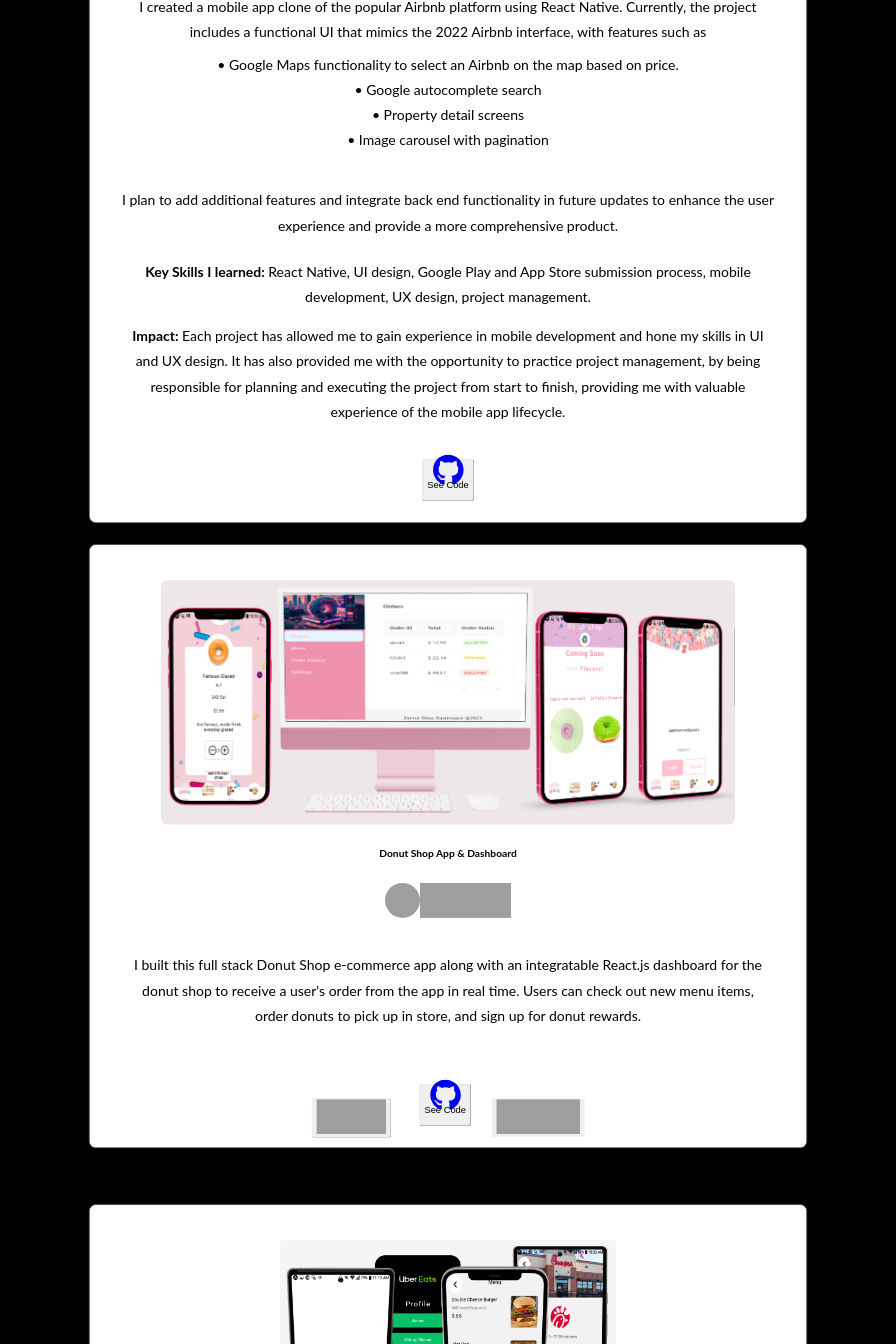
Repository: JamesPesenti/portfolio
Page: /
These files come from the project's save history. The page is drawn as it stood at one moment and after the next save; the edit follows.
The browser window is 1280 px wide. The pictures show the part of the page from y = 2085 to 4005 px (the page is 6929 px tall), at 70% of full size.
Pictures or frames that could not be fetched are drawn as grey boxes. The project was rebuilt for these pictures with package versions that can differ from the ones it lists, and the page was loaded fresh each time. Imported but missing from the stored project, and not drawn on this page: src/Components/James Pesenti Resume 2023.pdf.

Above is the page before, as saved 2023-05-17 15:18:51.

After the next save:
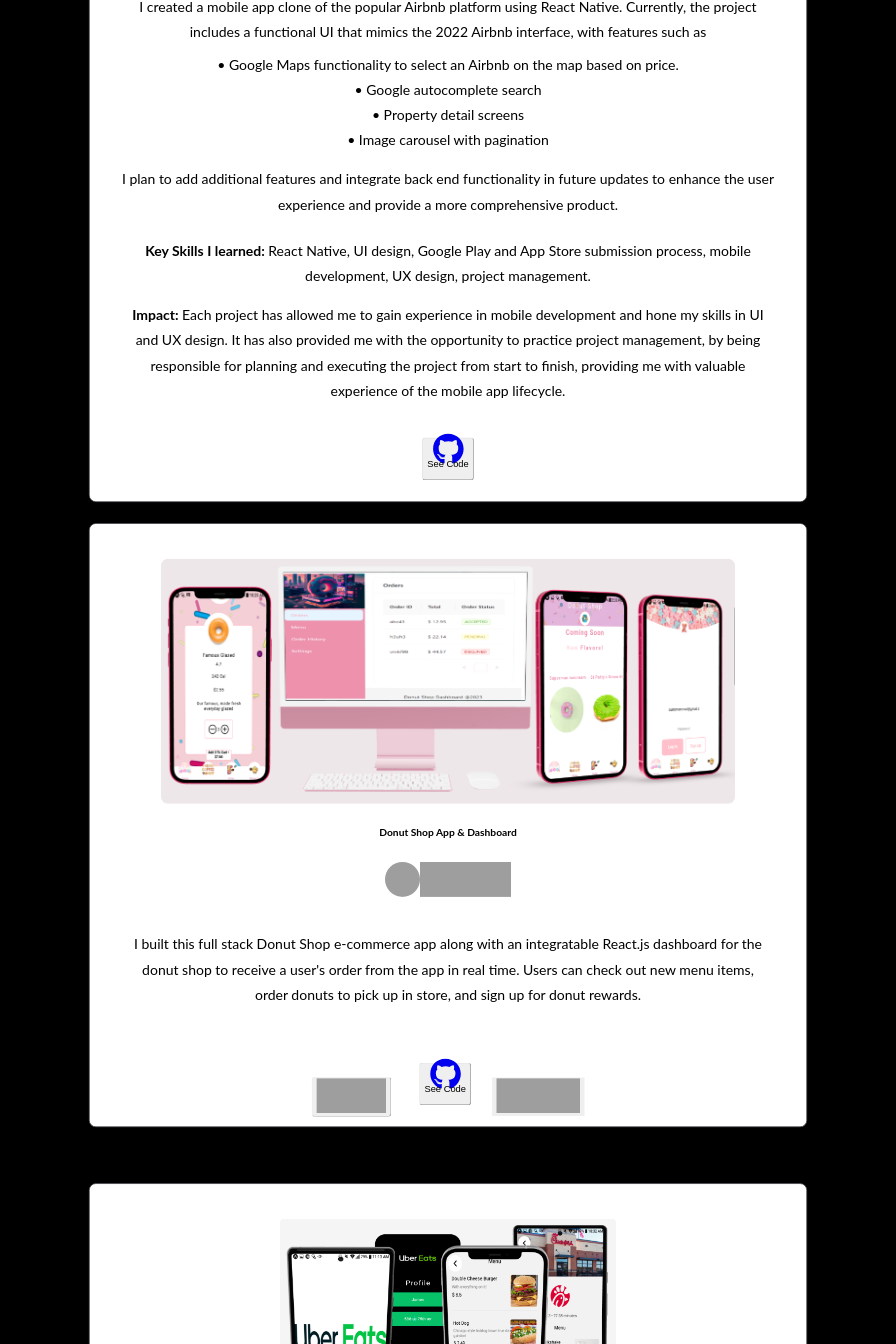
Saved 19 s later.
--- a/src/Components/MyProjects.jsx
+++ b/src/Components/MyProjects.jsx
@@ -26,7 +26,7 @@
             <p style={{fontSize: 20, paddingHorizontal: 0, marginBottom: -20}}> &#8226; Google Maps functionality to select an Airbnb on the map based on price.</p>
             <p style={{fontSize: 20, padding: 0, marginBottom: -20}}>&#8226; Google autocomplete search</p>
             <p style={{fontSize: 20, padding: 0, marginBottom: -20}}>&#8226; Property detail screens</p>
-            <p style={{fontSize: 20,  padding: 0, marginBottom: -10}}>&#8226; Image carousel with pagination</p>
+            <p style={{fontSize: 20,  padding: 0, marginBottom: -40}}>&#8226; Image carousel with pagination</p>
             <p style={{fontSize: 20, textAlign: 'center', padding: 40, marginBottom: -60}}>I plan to add additional features and integrate back end functionality in future updates to enhance the user experience and provide a more comprehensive product.</p>
             <p style={{fontSize: 20, textAlign: 'center', padding: 30, marginBottom: -80}}><b> Key Skills I learned: </b>React Native, UI design, Google Play and App Store submission process, mobile development, UX design, project management.</p>
             <p style={{fontSize: 20, textAlign: 'center', padding: 50}}><b> Impact: </b> Each project has allowed me to gain experience in mobile development and hone my skills in UI and UX design. It has also provided me with the opportunity to practice project management, by being responsible for planning and executing the project from start to finish, providing me with valuable experience of the mobile app lifecycle.</p>
